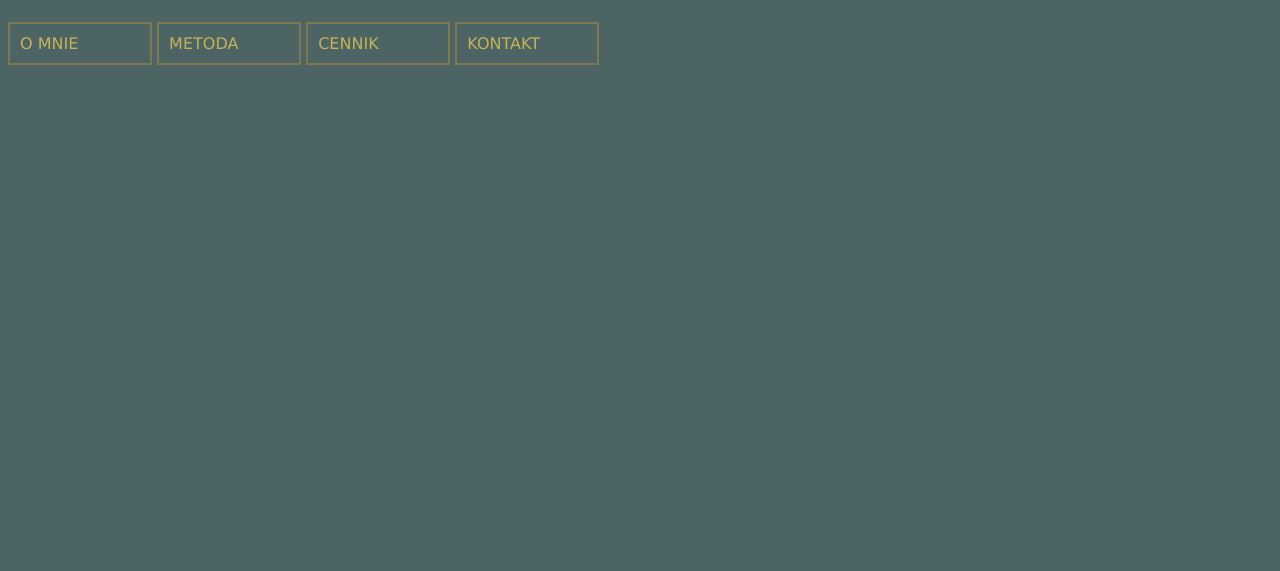
Repository: LechCieslak/zzz_webside
Page: index.html
These files come from the project's save history. The page is drawn as it stood at one moment and after a run of saves; the edit follows.
The browser window is 1280 px wide. The pictures show the whole page.

Above is the page before, as saved 2020-08-18 12:56:59.

After the next 3 saves:
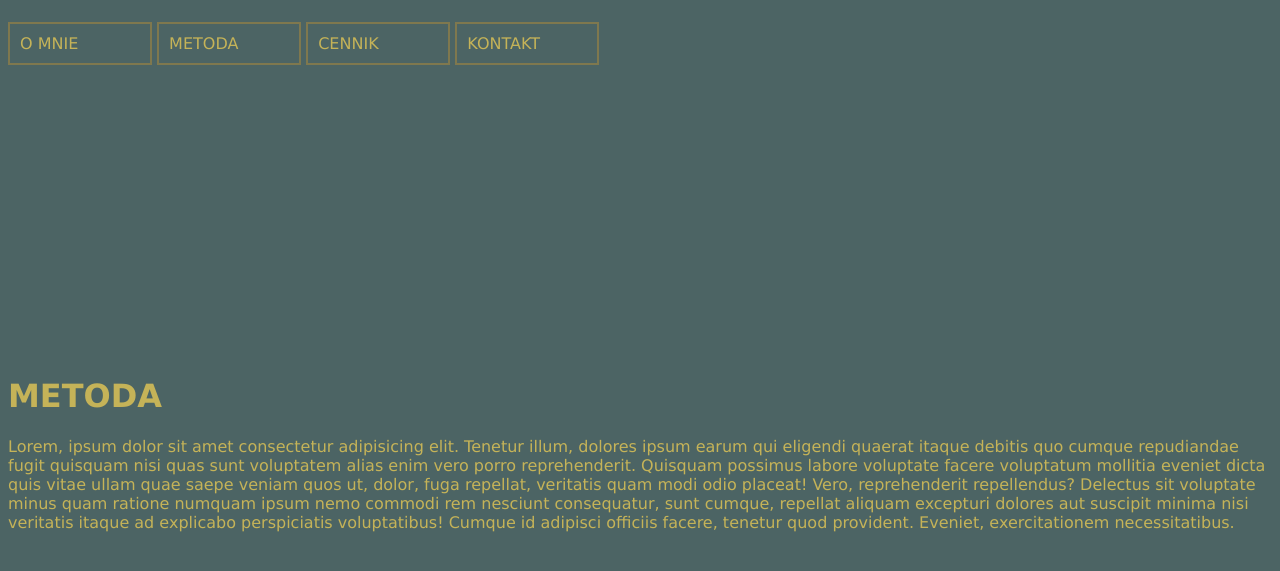
The 3 saves are shown as one change because they came seconds apart.
The last was saved 30 s later.
--- a/index.html
+++ b/index.html
@@ -24,7 +24,7 @@
             <p>Lorem, ipsum dolor sit amet consectetur adipisicing elit. Tenetur illum, dolores ipsum earum qui eligendi quaerat itaque debitis quo cumque repudiandae fugit quisquam nisi quas sunt voluptatem alias enim vero porro reprehenderit. Quisquam possimus labore voluptate facere voluptatum mollitia eveniet dicta quis vitae ullam quae saepe veniam quos ut, dolor, fuga repellat, veritatis quam modi odio placeat! Vero, reprehenderit repellendus? Delectus sit voluptate minus quam ratione numquam ipsum nemo commodi rem nesciunt consequatur, sunt cumque, repellat aliquam excepturi dolores aut suscipit minima nisi veritatis itaque ad explicabo perspiciatis voluptatibus! Cumque id adipisci officiis facere, tenetur quod provident. Eveniet, exercitationem necessitatibus.</p>
         </div>
 
-        <div class="oMnie">
+        <div class="metoda">
             <h1>METODA</h1>
             <p>Lorem, ipsum dolor sit amet consectetur adipisicing elit. Tenetur illum, dolores ipsum earum qui eligendi quaerat itaque debitis quo cumque repudiandae fugit quisquam nisi quas sunt voluptatem alias enim vero porro reprehenderit. Quisquam possimus labore voluptate facere voluptatum mollitia eveniet dicta quis vitae ullam quae saepe veniam quos ut, dolor, fuga repellat, veritatis quam modi odio placeat! Vero, reprehenderit repellendus? Delectus sit voluptate minus quam ratione numquam ipsum nemo commodi rem nesciunt consequatur, sunt cumque, repellat aliquam excepturi dolores aut suscipit minima nisi veritatis itaque ad explicabo perspiciatis voluptatibus! Cumque id adipisci officiis facere, tenetur quod provident. Eveniet, exercitationem necessitatibus.</p>
         </div>

After the 2 saves that followed:
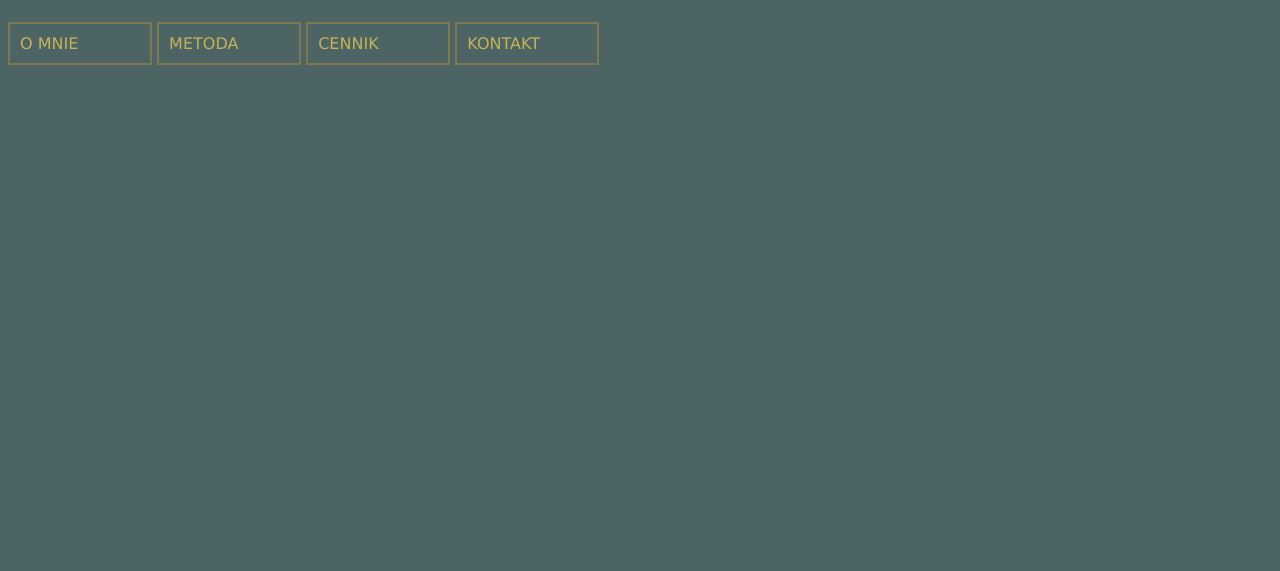
The 2 saves are shown as one change because 1 left the picture as it was.
The last was saved 71 s later.
--- a/style.css
+++ b/style.css
@@ -29,6 +29,10 @@ body {
     padding: 10px;
 }
 
+.metoda {
+    opacity: 0;
+}
+
 .nowa {
     opacity: 1;
 }
